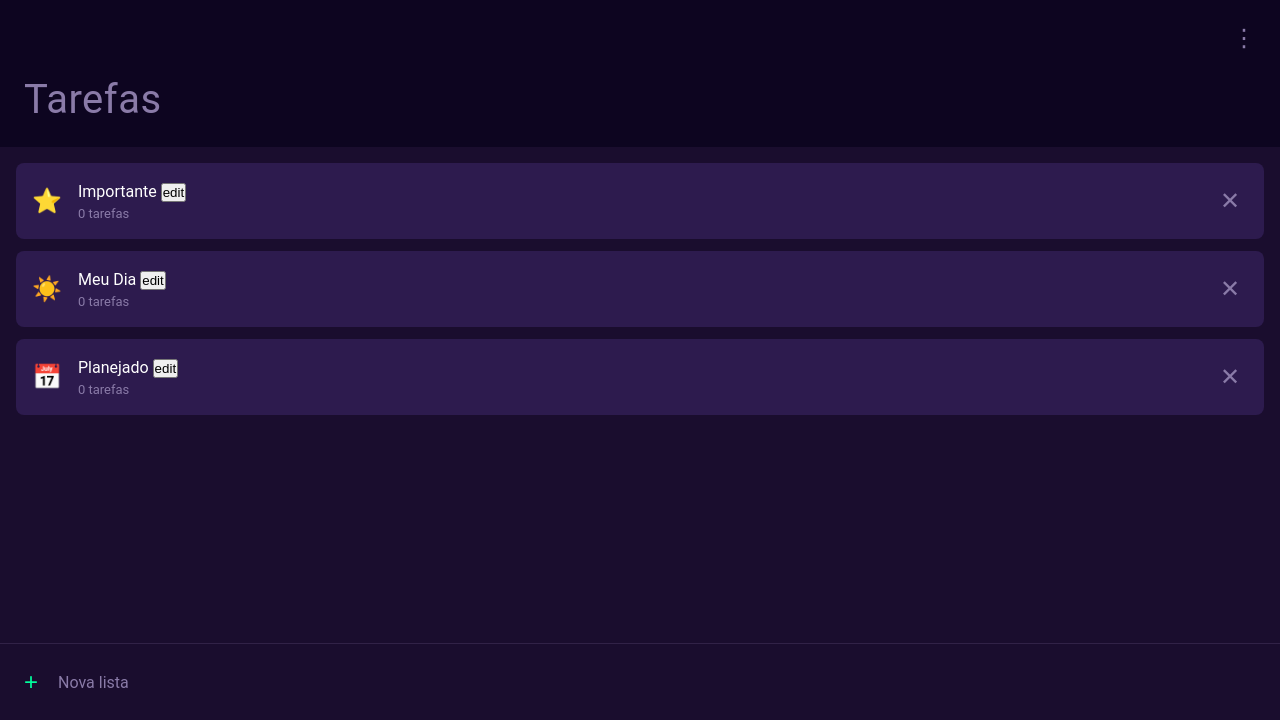
Repository: giulialorrany/ToDoList
Page: http://localhost/
These files come from the project's save history. The page is drawn as it stood at one moment and after the next save; the edit follows.
The browser window is 1280 px wide. The pictures show the whole page.
The page is served by the project's application, run on Flask 3 (app.py). Queries for data that is not in the repository find no rows.

Above is the page before, as saved 2025-11-01 02:27:44.

After the next save:
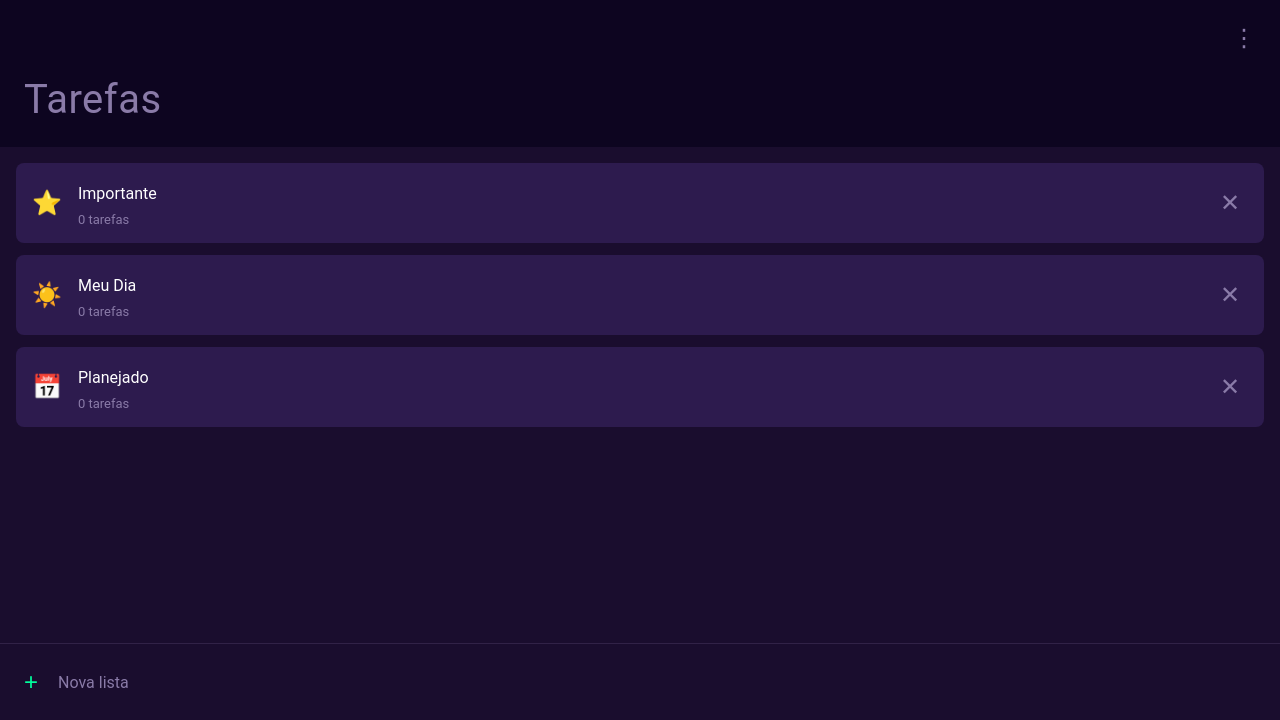
Saved 23 s later.
--- a/templates/index.html
+++ b/templates/index.html
@@ -466,6 +466,47 @@
         .view.active {
             display: block;
         }
+
+        .list-item {
+    position: relative;
+    display: flex;
+    align-items: center;
+    gap: 16px;
+    padding: 16px;
+    cursor: pointer;
+    transition: background 0.2s ease;
+}
+
+.list-title {
+    flex: 1;
+    display: flex;
+    align-items: center;
+    gap: 8px;
+}
+
+.title-text {
+    flex: 1;
+    cursor: pointer;
+}
+
+.edit-btn {
+    background: none;
+    border: none;
+    color: #8a7ba8;
+    font-size: 18px;
+    cursor: pointer;
+    opacity: 0;
+    transition: opacity 0.2s ease;
+    padding: 4px;
+}
+
+.list-item:hover .edit-btn {
+    opacity: 1;
+}
+
+.edit-btn:hover {
+    color: #00ff9d;
+}
     </style>
 </head>
 <body>
